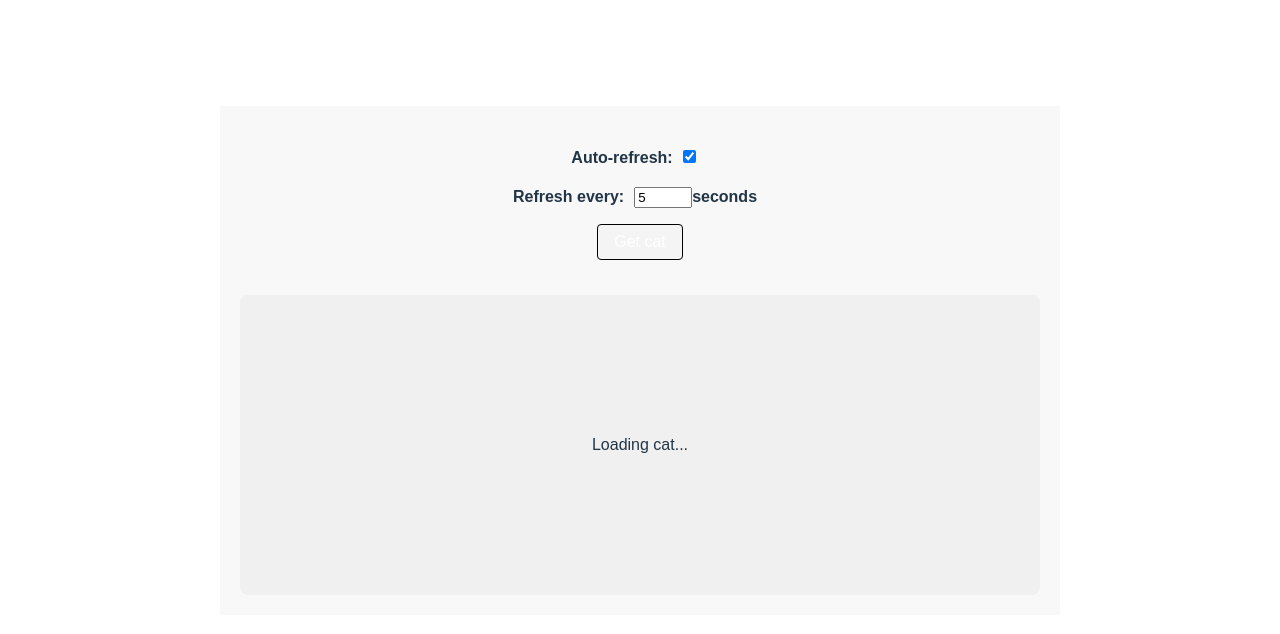
Repository: Pharaoh5/test-assignment5
Page: /
These files come from the project's save history. The page is drawn as it stood at one moment and after the next save; the edit follows.
The browser window is 1280 px wide. The pictures show the whole page.
The page's requests for data from a server got no answer. The project was rebuilt for these pictures with package versions that can differ from the ones it lists, and the page was loaded fresh each time. No one was signed in, and anything a server would have sent is missing. Also part of the build but not shown: vite.config.ts.

Above is the page before, as saved 2025-04-08 19:22:55.

### index.html
<!doctype html>
<html lang="en">
  <head>
    <meta charset="UTF-8" />
    <link rel="icon" type="image/svg+xml" href="/vite.svg" />
    <meta name="viewport" content="width=device-width, initial-scale=1.0" />
    <title>Vite + React + TS</title>
  </head>
  <body>
    <div id="root" style="width: 100%;"></div>
    <script type="module" src="/src/main.tsx"></script>
  </body>
</html>

### src/App.tsx
import { useState, useEffect } from 'react';
import styled from 'styled-components';
import CatImage from './components/CatImage';
import Controls from './components/Controls';

const AppContainer = styled.div`
  background-color: #f8f8f8;
  font-family: Arial, sans-serif;
  max-width: 800px;
  margin: 0 auto;
  padding: 20px;
  text-align: center;
`;

const App = () => {
  const [catImage, setCatImage] = useState(null);
  const [autoRefresh, setAutoRefresh] = useState(true);
  const [refreshInterval, setRefreshInterval] = useState(5);

  const fetchCat = async () => {
    try {
      const response = await fetch('https://api.thecatapi.com/v1/images/search');
      const data = await response.json();
      setCatImage(data[0].url);
    } catch (error) {
      console.error('Error fetching cat:', error);
    }
  };

  useEffect(() => {
    fetchCat();
  }, []);

  useEffect(() => {
    let intervalId: number;
    if (autoRefresh) {
      intervalId = setInterval(fetchCat, refreshInterval * 1000);
    }
    return () => {
      if (intervalId) clearInterval(intervalId);
    };
  }, [autoRefresh, refreshInterval]);

  return (
    <AppContainer>
      <Controls
      autoRefresh={autoRefresh}
      refreshInterval={refreshInterval}
      onToggleAutoRefresh={() => setAutoRefresh(!autoRefresh)}
      onRefreshIntervalChange={(e: React.ChangeEvent<HTMLInputElement>) => setRefreshInterval(Number(e.target.value))}
      onManualRefresh={fetchCat}
      />
      <CatImage imageUrl={catImage as string | null} />
    </AppContainer>
  );
};

export default App;

### src/components/CatImage.tsx
import styled from 'styled-components';

const ImageContainer = styled.div`
`;

const CatImg = styled.img`
  max-width: 100%;
  max-height: 500px;
  border-radius: 8px;
  box-shadow: 0 2px 4px rgba(0, 0, 0, 0.1);
`;

const Placeholder = styled.div`
  width: 100%;
  height: 300px;
  background-color: #f0f0f0;
  display: flex;
  align-items: center;
  justify-content: center;
  border-radius: 8px;
`;

interface CatImageProps {
    imageUrl?: string | null;
  }

const CatImage = ({ imageUrl }: CatImageProps) => {
  return (
    <ImageContainer>
      {imageUrl ? (
        <CatImg src={imageUrl} alt="Random cat" />
      ) : (
        <Placeholder>Loading cat...</Placeholder>
      )}
    </ImageContainer>
  );
};

export default CatImage;

### src/components/Controls.tsx
import styled from 'styled-components';

const ControlsContainer = styled.div`
  padding: 20px;
  border-radius: 8px;
`;

const ControlGroup = styled.div`
  margin-bottom: 15px;
`;

const Label = styled.label`
  margin-right: 10px;
  font-weight: bold;
`;

const Button = styled.button`
  padding: 8px 16px;
  background-color: #f4f4f4;
  color: white;
  border: none;
  border-radius: 4px;
  cursor: pointer;
  font-size: 16px;
  border: 1px solid black;

  &:hover {
    background-color:rgb(24, 24, 24);
  }
`;

interface ControlsProps {
  autoRefresh: boolean;
  refreshInterval: number;
  onToggleAutoRefresh: (event: React.ChangeEvent<HTMLInputElement>) => void;
  onRefreshIntervalChange: (event: React.ChangeEvent<HTMLInputElement>) => void;
  onManualRefresh: () => void;
}

const Controls: React.FC<ControlsProps> = ({
  autoRefresh,
  refreshInterval,
  onToggleAutoRefresh,
  onRefreshIntervalChange,
  onManualRefresh
}) => {
  return (
    <ControlsContainer>
      <ControlGroup>
        <Label>
          Auto-refresh:
          <input
            type="checkbox"
            checked={autoRefresh}
            onChange={onToggleAutoRefresh}
            style={{ marginLeft: '10px' }}
          />
        </Label>
      </ControlGroup>

      {autoRefresh && (
        <ControlGroup>
          <Label>
            Refresh every:
            <input
              type="number"
              min="1"
              max="60"
              value={refreshInterval}
              onChange={onRefreshIntervalChange}
              style={{ marginLeft: '10px', width: '50px' }}
            />
            seconds
          </Label>
        </ControlGroup>
      )}

      <ControlGroup>
        <Button onClick={onManualRefresh}>Get cat</Button>
      </ControlGroup>
    </ControlsContainer>
  );
};

export default Controls;

Loaded but not shown: src/main.tsx (common file); src/index.css (common file)

After the next save:
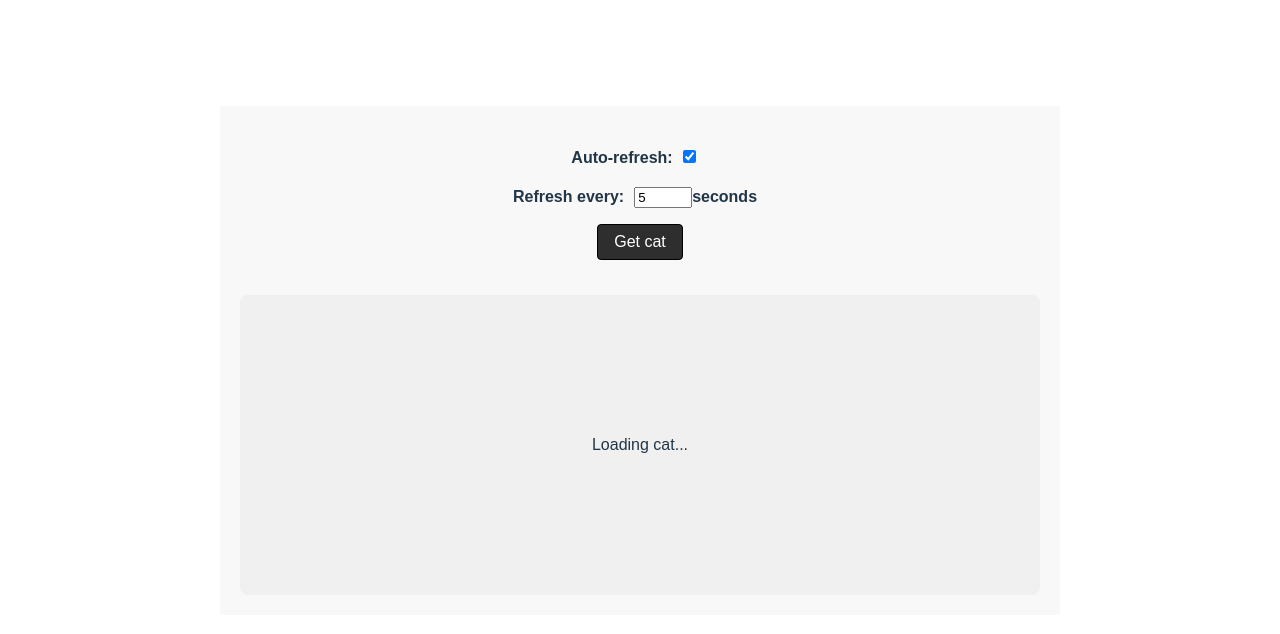
Saved 27 s later.
--- a/src/components/Controls.tsx
+++ b/src/components/Controls.tsx
@@ -16,7 +16,7 @@ const Label = styled.label`
 
 const Button = styled.button`
   padding: 8px 16px;
-  background-color: #f4f4f4;
+  background-color:rgb(46, 46, 46);
   color: white;
   border: none;
   border-radius: 4px;
